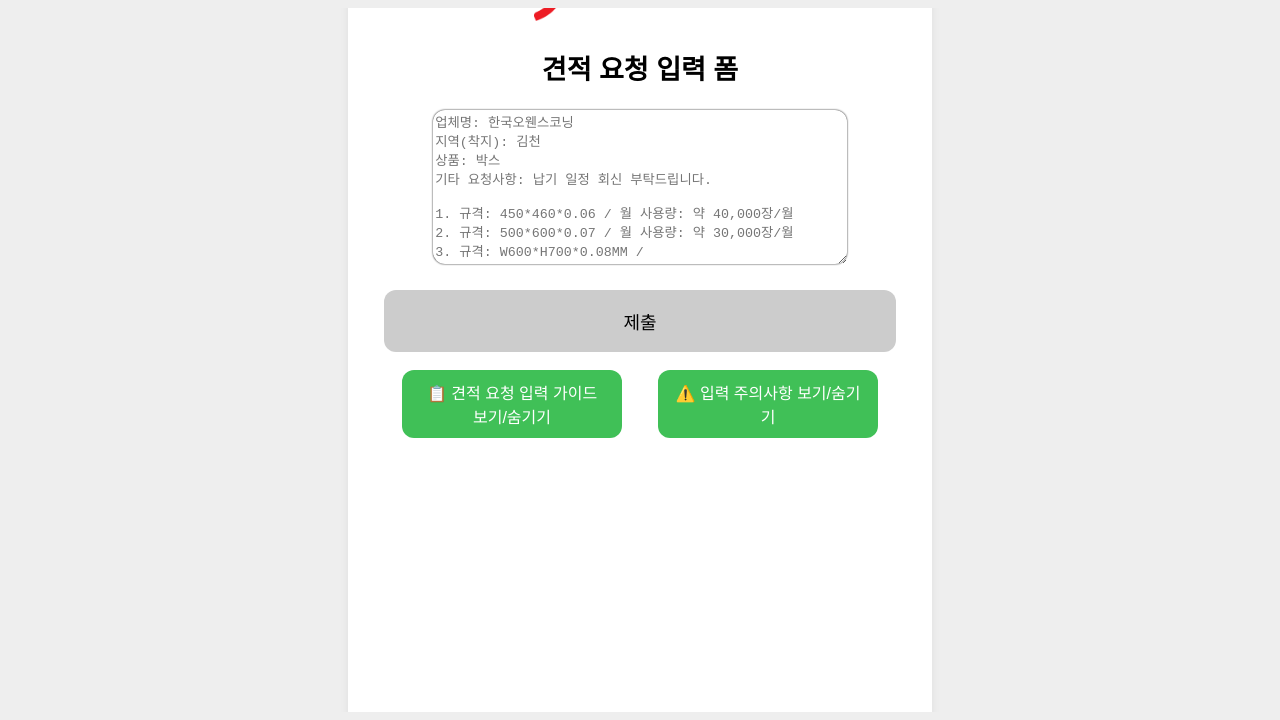
Repository: deul428/logis_test
Page: index.html
The author's editor kept a copy of each file at every save. The page is drawn from the files as they stood at one save, then again after the next save.
The browser window is 1280 px wide. The pictures show the whole page.
The pointer rests on the first visible `#input_area button`.
An inner scrolling area shows only its first screen. Some web fonts or font styles are not loaded; a fallback is used.

Above is the page before, as saved 2025-09-16 17:55:46.

### index.html
<!DOCTYPE html>
<!--
📋 견적 요청 입력 가이드
업체명: [회사명]
지역: [납품지역]
요청사항: [납기, 샘플 등 요청사항]1
1. 상품: / 규격: / 사용량: [월 예상 사용량] / 사용금액: [월 예상 사용금액] / 인쇄: [O/X]
2. 상품: / 규격: / 사용량: [월 예상 사용량] / 사용금액: [월 예상 사용금액] / 인쇄: [O/X]
3. 상품: / 규격: / 사용량: [월 예상 사용량] / 사용금액: [월 예상 사용금액] / 인쇄: [O/X]
⚠️ 입력 주의사항
1. 번호 표기 필수
　- 상품/규격별 정보는 반드시 1., 2., 3. 번호를 붙여 구분합니다.
2. 상품명 표기
　- 동일 상품 + 여러 규격 → 상품:은 한 번만 쓰고, 아래에 규격을 나열해도 가능
　- 서로 다른 상품 → 각 번호마다 반드시 개별 상품:을 함께 작성
3. 필수/선택 항목
　- 업체명, 지역, 상품은 필수
　- 규격, 사용량, 사용금액, 인쇄, 요청사항 등은 선택 (없는 값은 생략 가능) -->
<html lang="ko">
  <head>
    <meta charset="UTF-8" />
    <title>견적 요청 입력 폼</title>
    <link rel="stylesheet" href="./styles/common.css" />
  </head>
  <body>
    <div class="wrap">
      <div class="cntnt_box">
        <div id="header">
          <img class="ci" src="./src/aj_ci.png" />
          <h2>견적 요청 입력 폼</h2>
        </div>
        <div id="input_area">
          <form
            action="https://script.google.com/macros/s/AKfycbwvnTOYbOr6LT2mzblHA0HMxfJFboeq3WsBVHAYUvir3JEZxm_Qbn3yYHUbS3F-L1Fz/exec"
            method="post"
          >
            <!-- <label>메시지:</label><br /> -->
            <textarea
              name="message"
              rows="10"
              placeholder="업체명: 한국오웬스코닝
지역(착지): 김천
상품: 박스
기타 요청사항: 납기 일정 회신 부탁드립니다.

1. 규격: 450*460*0.06 / 월 사용량: 약 40,000장/월
2. 규격: 500*600*0.07 / 월 사용량: 약 30,000장/월
3. 규격: W600*H700*0.08MM /"
            ></textarea
            ><br /><br />
            <button type="submit">제출</button>
          </form>
        </div>
        <div id="desc_area">
          <div>
            <button class="toggle" onclick="toggleGuide('guideBox_01')">
              📋 견적 요청 입력 가이드 보기/숨기기
            </button>
            <div id="guideBox_01" class="desc_box">
              <div id="guide_01" class="desc">
                <p>📋 견적 요청 입력 가이드</p>
                <p>
                  업체명: [회사명]<br />
                  지역: [납품지역]<br />
                  요청사항: [납기, 샘플 등 요청사항]
                </p>

                <p>
                  1. 상품: / 규격: / 사용량: [월 예상 사용량] / 사용금액: [월
                  예상 사용금액] / 인쇄: [O/X]<br />
                  2. 상품: / 규격: / 사용량: [월 예상 사용량] / 사용금액: [월
                  예상 사용금액] / 인쇄: [O/X]<br />
                  3. 상품: / 규격: / 사용량: [월 예상 사용량] / 사용금액: [월
                  예상 사용금액] / 인쇄: [O/X]
                </p>
              </div>
            </div>
          </div>
          <div>
            <button class="toggle" onclick="toggleGuide('guideBox_02')">
              ⚠️ 입력 주의사항 보기/숨기기
            </button>
            <div id="guideBox_02" class="desc_box">
              <div id="guide_02" class="desc">
                <p>⚠️ 입력 주의사항</p>
                <p>
                  1. 번호 표기 필수<br />
                  - 상품/규격별 정보는 반드시 1., 2., 3. 번호를 붙여
                  구분합니다.<br />
                  2. 상품명 표기<br />
                  - 동일 상품 + 여러 규격 → 상품:은 한 번만 쓰고, 아래에 규격을
                  나열해도 가능<br />
                  - 서로 다른 상품 → 각 번호마다 반드시 개별 상품:을 함께
                  작성<br />
                  3. 필수/선택 항목<br />
                  - 업체명, 지역, 상품은 필수<br />
                  - 규격, 사용량, 사용금액, 인쇄, 요청사항 등은 선택 (없는 값은
                  생략 가능)
                </p>
              </div>
            </div>
          </div>
        </div>
      </div>
    </div>
  </body>
  <script>
    function toggleGuide(e) {
      const guideBox = document.getElementById(e);
      guideBox.classList.toggle("open");
    }
  </script>
</html>

### styles/common.css
@import url("https://fonts.googleapis.com/css2?family=Chiron+GoRound+TC:wght@200..900&family=Nanum+Pen+Script&display=swap");
html,
body {
  font-family: "Chiron GoRound TC", sans-serif;
  font-optical-sizing: auto;
  font-weight: 400;
  font-style: normal;
  font-size: 18px;
  width: 100dvw;
  height: 100dvh;
  overflow: hidden;
  background: #eee;
  display: flex;
  justify-content: center;
  align-items: center;
  flex-direction: column;
}
.wrap {
  width: 40%;
  /* height: 60%; */
  padding: 2rem;
  background: white;
  border-radius: 12px;
  box-shadow: 0 5px 10px 0 rgba(0, 0, 0, 0.064);
}
.cntnt_box {
  width: 100%;
  height: 100%;
  display: flex;
  justify-content: flex-start;
  align-items: center;
  flex-direction: column;
}
#header {
  text-align: center;
  width: 20dvw;
}
.ci {
  width: 100%;
}

#input_area {
  margin-bottom: 1rem;
  width: 100%;
}
#input_area form {
  width: 100%;
  text-align: center;
}
#input_area form > textarea {
  width: 80%;
  border: none;
  border-radius: 12px;
  box-shadow: 0 0 2px 0 #000;
}
#input_area label {
}
#input_area button {
  all: unset;
  width: 100%;
  background:#40c057;
  padding: 1rem 0;
  border-radius: 12px;
  transition: background 0.3s linear;
  cursor: pointer;
}
#input_area button:hover {
  background: #ccc;
}
#desc_area {
  width: 100%;
  height: 50dvh;
  overflow-y: auto;
  margin-bottom: 24px;
  display: flex;
  flex-direction: row;
}
#desc_area > div {
  width: 50%;
}
#desc_area > div .toggle {
  width: calc(100% - 2rem);
  margin-inline-start: 1rem;
  z-index: 999;
  display: inline-block;
  padding: 10px 16px;
  font-size: 16px;
  background: #40c057;
  color: #fff;
  border: none;
  border-radius: 12px;
  cursor: pointer;
  transition: background 0.3s linear;
}
#desc_area .toggle:hover {
  background: #37b24d;
}

#desc_area > div .desc_box {
  width: calc(100% - 4rem);
  margin-inline-start: 1rem;
  display: flex;
  flex-direction: column;
  max-height: 0;
  opacity: 0;
  transition: max-height 0.3s linear; /* , opacity 0.3s linear; */
  background: #f9f9f9;
  border: 1px solid #ddd;
  border-radius: 6px;
  margin-top: 10px;
  padding: 1rem;
}

#desc_area .desc_box.open {
  max-height: 500px; /* 충분히 큰 값 */
  opacity: 1;
}

After the next save:
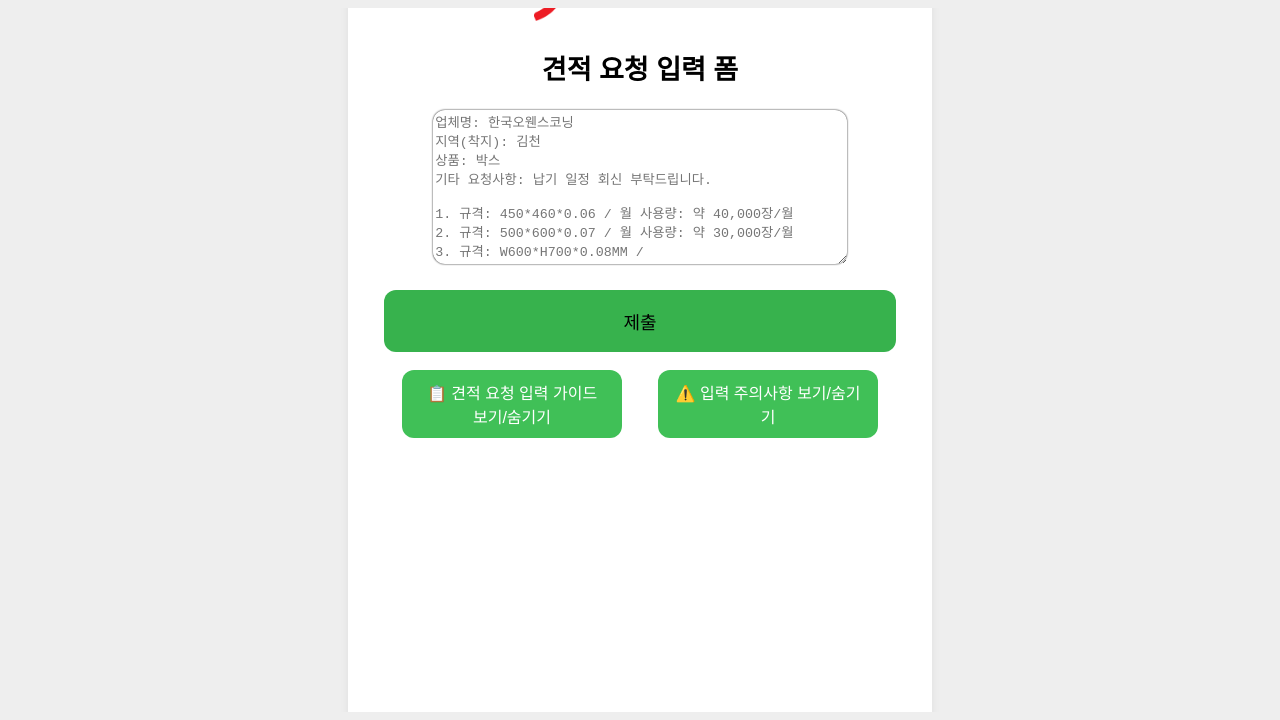
Saved 4 s later.
--- a/styles/common.css
+++ b/styles/common.css
@@ -65,7 +65,7 @@
   cursor: pointer;
 }
 #input_area button:hover {
-  background: #ccc;
+  background: #37b24d;
 }
 #desc_area {
   width: 100%;
